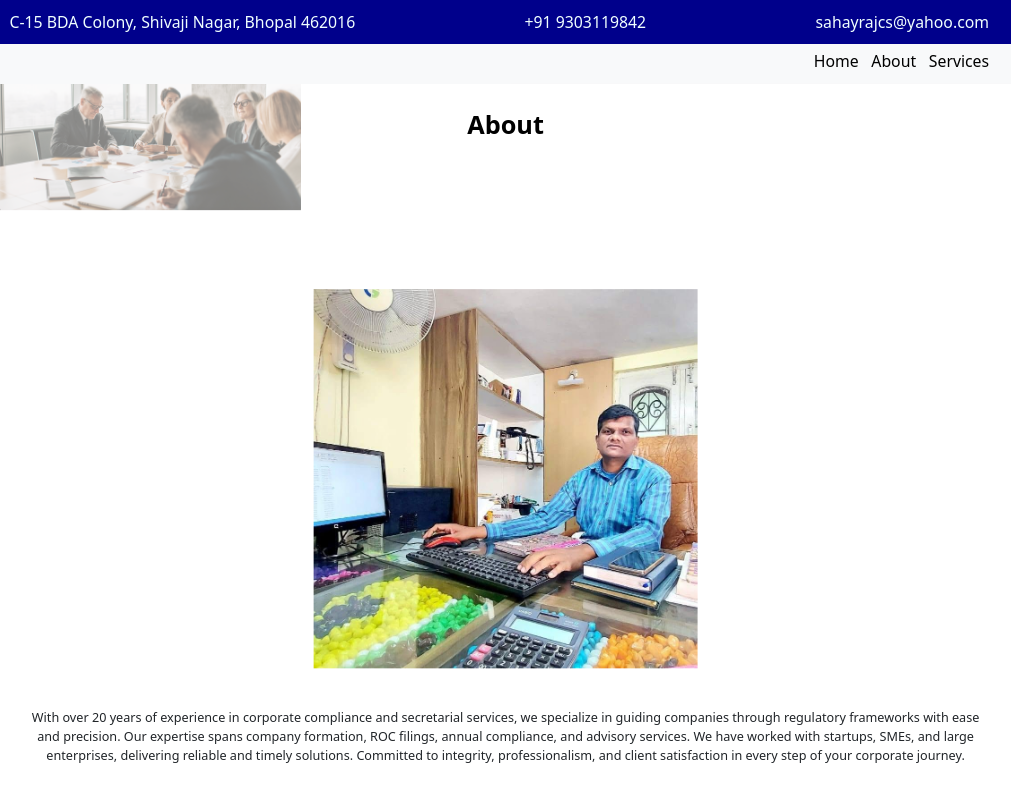
Repository: aayushiss/CS-RSS
Page: about.html
An editor plug-in stored every save of this project. The page is shown before and after the next save, followed by the edit.
The browser window is 1280 px wide. The pictures show the whole page, at 79% of full size.

Above is the page before, as saved 2025-05-16 20:34:13.

### about.html
<!DOCTYPE html>
<html lang="en">
    <head>
        <meta charset="UTF-8">
        <meta name="viewport" content="width=device-width, initial-scale=1.0">
        <title>R. S. Shrivastava</title>
        <link href="https://cdn.jsdelivr.net/npm/bootstrap@5.3.3/dist/css/bootstrap.min.css" rel="stylesheet"
            integrity="sha384-QWTKZyjpPEjISv5WaRU9OFeRpok6YctnYmDr5pNlyT2bRjXh0JMhjY6hW+ALEwIH" crossorigin="anonymous">
        <link rel="stylesheet" type="text/css" href="style.css">
    </head>
<body>
    <nav class="navbar fixed-top custom-navbar">
        <div class="container-fluid d-flex justify-content-between">
            <a class="navbar-brand"
                href="https://www.google.com/maps/place/R+S+SHRIVASTAVA+%26+ASSOCIATES/@23.2288499,77.4244091,17z/data=!3m1!4b1!4m6!3m5!1s0x397c425fada83073:0xcb1e8ba90a487f4e!8m2!3d23.228845!4d77.426984!16s%2Fg%2F1td0r8v9?entry=ttu&g_ep=EgoyMDI1MDUxMi4wIKXMDSoASAFQAw%3D%3D"
                target="_blank">C-15 BDA Colony, Shivaji Nagar, Bhopal 462016</a>
            <a class="navbar-brand" href="" tel:+919303119842"">+91 9303119842</a>
            <a class="navbar-brand" href="mailto:sahayrajcs@yahoo.com">sahayrajcs@yahoo.com</a>
        </div>
    </nav>
    <div class="navbar-space"></div>

    <nav class="navbar sticky-top second-navbar bg-light">
        <div class="container-fluid d-flex justify-content-end">
            <a class="navbar-brand" href="index.html">Home</a>
            <a class="navbar-brand" href="about.html">About</a>
            <a class="navbar-brand" href="services.html">Services</a>
        </div>
    </nav>

    <div class="position-relative" style="margin-bottom: 60px;" id="contact-section">
        <img src="images/haveAQuery.jpg" class="img-fluid" alt="..."
            style="opacity: .5; height: 10rem; width: fit-content;">
        <h2 class="position-absolute start-50 translate-middle-x text-black fw-bold" style="top: 20%;">
            About
        </h2>
    </div>
    <div class="col" style="padding: 40px;"><div class="text-center">
        <img src="images/AboutImage.jpeg" class="img-fluid" style="height: 30rem;">
        <p style="margin-top: 50px;">With over 20 years of experience in corporate compliance and secretarial services, we specialize in guiding companies through regulatory frameworks with ease and precision.
            Our expertise spans company formation, ROC filings, annual compliance, and advisory services.
            We have worked with startups, SMEs, and large enterprises, delivering reliable and timely solutions.
            Committed to integrity, professionalism, and client satisfaction in every step of your corporate journey.</p>
    </div></div>

</body>
</html>

### style.css
.custom-navbar {
    background-color: darkblue;
}

.custom-navbar .navbar-brand {
    color: azure;
}

.navbar-space {
    margin-top: 50px;
}

.second-navbar .navbar-brand {
    color: black;
}

.custom-card {
    height: 25vh;
}

.custom-card .card-img {
    height: 100%;
    object-fit: cover;
}

.container-fluid .card {
    padding: 10px;
}

.container-fluid .card-title {
    font-family: 'Times New Roman', Times, serif;
    font-weight: bold;
    font-size: xx-large;
}

.container-fluid .col-md-8 .card-title {
    font-family: 'Times New Roman', Times, serif;
    font-size: large;
}

.footer-links ul {
    list-style: none;
    text-decoration: none;
}

.footer-links a {
    color: white;
    text-decoration: none;
}

After the next save:
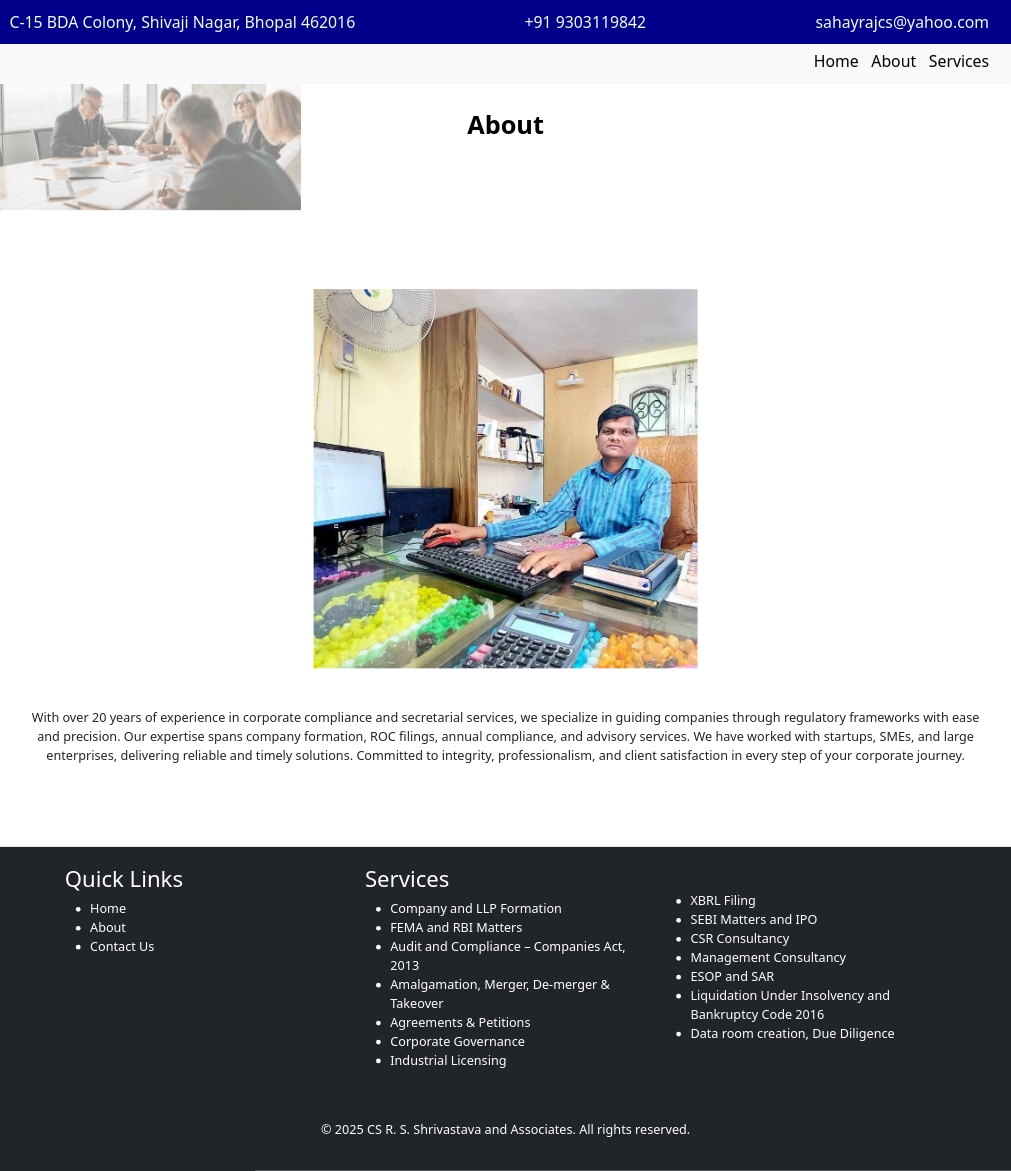
Saved 35 s later.
--- a/about.html
+++ b/about.html
@@ -1,13 +1,15 @@
 <!DOCTYPE html>
 <html lang="en">
-    <head>
-        <meta charset="UTF-8">
-        <meta name="viewport" content="width=device-width, initial-scale=1.0">
-        <title>R. S. Shrivastava</title>
-        <link href="https://cdn.jsdelivr.net/npm/bootstrap@5.3.3/dist/css/bootstrap.min.css" rel="stylesheet"
-            integrity="sha384-QWTKZyjpPEjISv5WaRU9OFeRpok6YctnYmDr5pNlyT2bRjXh0JMhjY6hW+ALEwIH" crossorigin="anonymous">
-        <link rel="stylesheet" type="text/css" href="style.css">
-    </head>
+
+<head>
+    <meta charset="UTF-8">
+    <meta name="viewport" content="width=device-width, initial-scale=1.0">
+    <title>R. S. Shrivastava</title>
+    <link href="https://cdn.jsdelivr.net/npm/bootstrap@5.3.3/dist/css/bootstrap.min.css" rel="stylesheet"
+        integrity="sha384-QWTKZyjpPEjISv5WaRU9OFeRpok6YctnYmDr5pNlyT2bRjXh0JMhjY6hW+ALEwIH" crossorigin="anonymous">
+    <link rel="stylesheet" type="text/css" href="style.css">
+</head>
+
 <body>
     <nav class="navbar fixed-top custom-navbar">
         <div class="container-fluid d-flex justify-content-between">
@@ -35,13 +37,58 @@
             About
         </h2>
     </div>
-    <div class="col" style="padding: 40px;"><div class="text-center">
-        <img src="images/AboutImage.jpeg" class="img-fluid" style="height: 30rem;">
-        <p style="margin-top: 50px;">With over 20 years of experience in corporate compliance and secretarial services, we specialize in guiding companies through regulatory frameworks with ease and precision.
-            Our expertise spans company formation, ROC filings, annual compliance, and advisory services.
-            We have worked with startups, SMEs, and large enterprises, delivering reliable and timely solutions.
-            Committed to integrity, professionalism, and client satisfaction in every step of your corporate journey.</p>
-    </div></div>
+    <div class="col" style="padding: 40px;">
+        <div class="text-center">
+            <img src="images/AboutImage.jpeg" class="img-fluid" style="height: 30rem;">
+            <p style="margin-top: 50px;">With over 20 years of experience in corporate compliance and secretarial
+                services, we specialize in guiding companies through regulatory frameworks with ease and precision.
+                Our expertise spans company formation, ROC filings, annual compliance, and advisory services.
+                We have worked with startups, SMEs, and large enterprises, delivering reliable and timely solutions.
+                Committed to integrity, professionalism, and client satisfaction in every step of your corporate
+                journey.</p>
+        </div>
+    </div>
 
+    <footer class="bg-dark text-white py-4 mt-5">
+        <div class="container">
+            <div class="row">
+                <div class="col">
+                    <h3>Quick Links</h3>
+                    <ul class="footer-links">
+                        <li><a href="index.html">Home</a></li>
+                        <li><a href="about.html">About</a></li>
+                        <li><a href="#contact-section">Contact Us</a></li>
+                    </ul>
+                </div>
+                <div class="col">
+                    <h3>Services</h3>
+                    <ul class="footer-links">
+                        <li><a href="index.html">Company and LLP Formation</a></li>
+                        <li><a href="about.html">FEMA and RBI Matters</a></li>
+                        <li><a href="#contact-section">Audit and Compliance – Companies Act, 2013</a></li>
+                        <li><a href="hncjsd">Amalgamation, Merger, De-merger & Takeover</a></li>
+                        <li><a href="hncjsd">Agreements & Petitions</a></li>
+                        <li><a href="hncjsd">Corporate Governance</a></li>
+                        <li><a href="hncjsd">Industrial Licensing</a></li>
+                    </ul>
+                </div>
+                <div class="col" style="margin-top: 2rem;">
+                    <ul class="footer-links">
+                        <li><a href="hncjsd">XBRL Filing</a></li>
+                        <li><a href="hncjsd">SEBI Matters and IPO</a></li>
+                        <li><a href="hncjsd">CSR Consultancy</a></li>
+                        <li><a href="hncjsd">Management Consultancy</a></li>
+                        <li><a href="hncjsd">ESOP and SAR</a></li>
+                        <li><a href="hncjsd">Liquidation Under
+                                Insolvency and Bankruptcy Code 2016</a></li>
+                        <li><a href="hncjsd">Data room creation, Due Diligence</a></li>
+                    </ul>
+                </div>
+            </div>
+
+        </div>
+        <p class="text-center mt-5">&copy; 2025 CS R. S. Shrivastava and Associates. All rights reserved.</p>
+    </footer>
 </body>
+
 </html>
